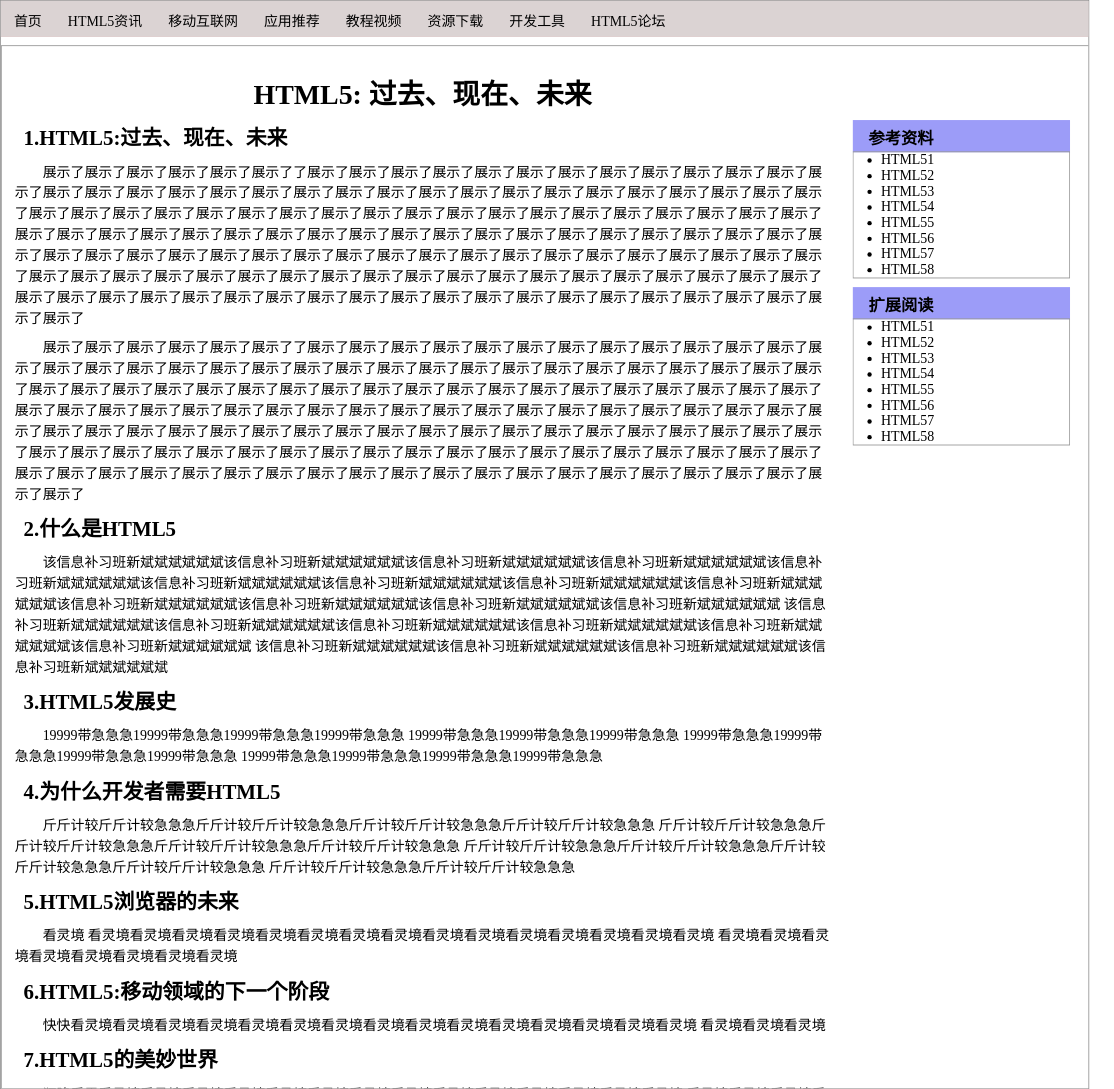
Repository: LstHeart/html-learning
Page: css/案例作业2.html
These files come from the project's save history. The page is drawn as it stood at one moment and after the next save; the edit follows.
The browser window is 1280 px wide. The pictures show the whole page, at 87% of full size.

Above is the page before, as saved 2021-01-06 00:16:01.

After the next save:
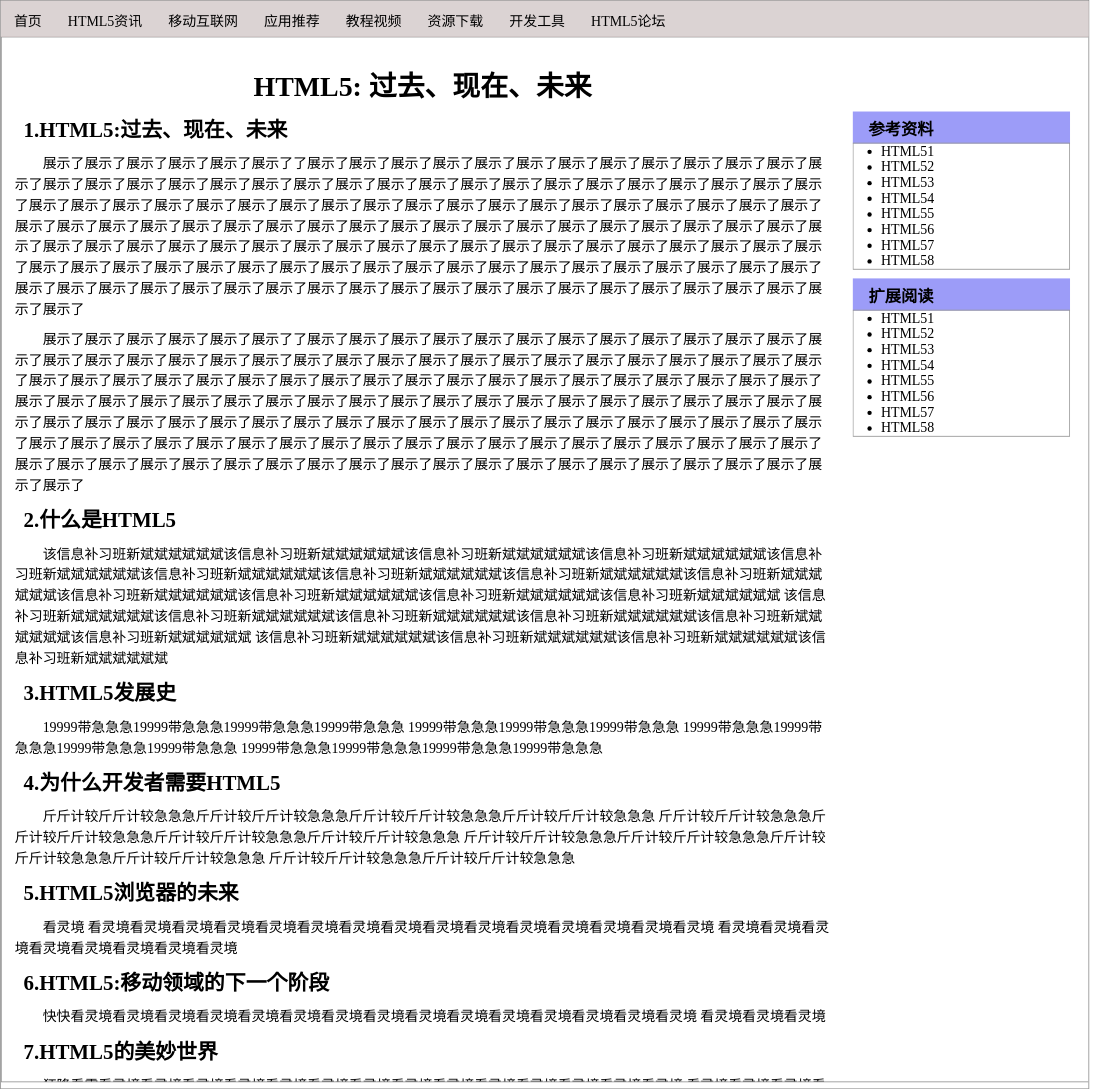
Saved 22 s later.
--- a/css/html5.css
+++ b/css/html5.css
@@ -26,7 +26,6 @@ a{
     height: 41px;
     background-color: rgb(209, 165, 165);
     margin: 0 0 10px;
-    text-align: center;
     overflow: hidden;
 }
  .head-ul{
@@ -40,11 +39,11 @@ a{
     /* overflow: hidden; */
 
 }
-.portianer .header,.footer{
+.header,.footer{
     /* height: 30px; */
     /* background-color: #3b3bf180; */
     margin: 0px 0 auto;
-
+    text-align: center;
 }
 .header li{
     float: left;
